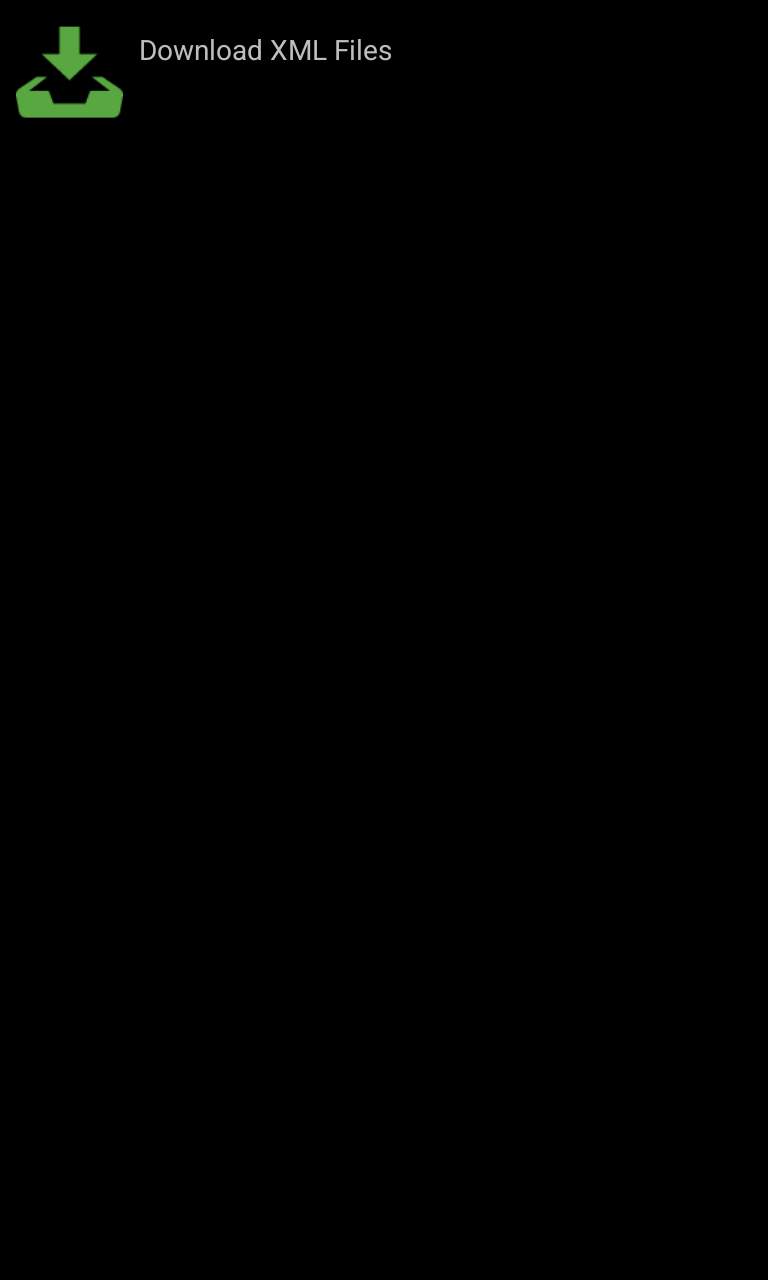
Repository: easyCZ/UoE-Projects
Layout: UG3-SELP/res/layout/download_and_parse.xml
The author's editor kept a copy of each file at every save. The layout is drawn from the files as they stood at one save, then again after the next save.
It is drawn on a 768 x 1280 px phone screen (xhdpi) without system bars, with theme android:Theme.Black.NoTitleBar; the app's code is not run.

Above is the layout before, as saved 2013-12-06 15:16:45.

After the next save:
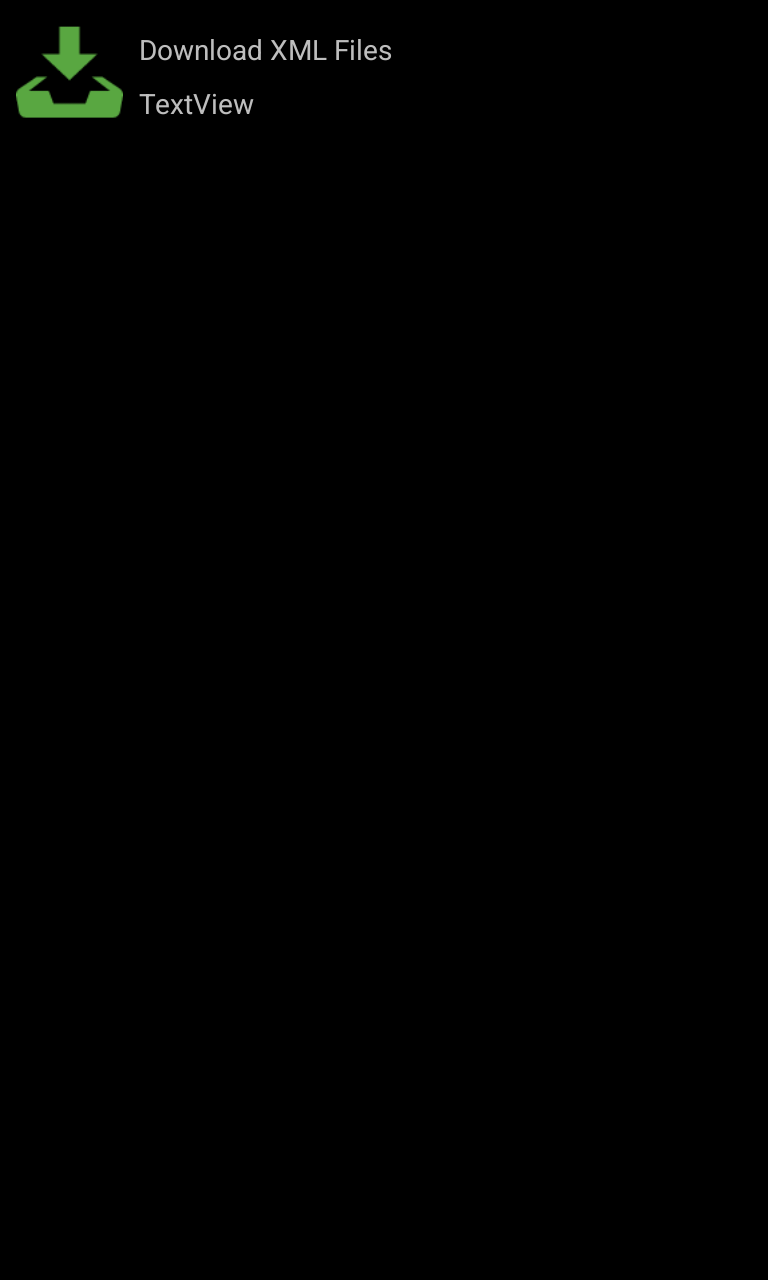
Saved 29 s later.
--- a/UG3-SELP/res/layout/download_and_parse.xml
+++ b/UG3-SELP/res/layout/download_and_parse.xml
@@ -21,4 +21,13 @@
         android:layout_toRightOf="@+id/imageView1"
         android:text="Download XML Files" />
 
+    <TextView
+        android:paddingTop="8dp"
+        android:id="@+id/textView2"
+        android:layout_width="wrap_content"
+        android:layout_height="wrap_content"
+        android:layout_alignLeft="@+id/textView1"
+        android:layout_below="@+id/textView1"
+        android:text="TextView" />
+
 </RelativeLayout>
